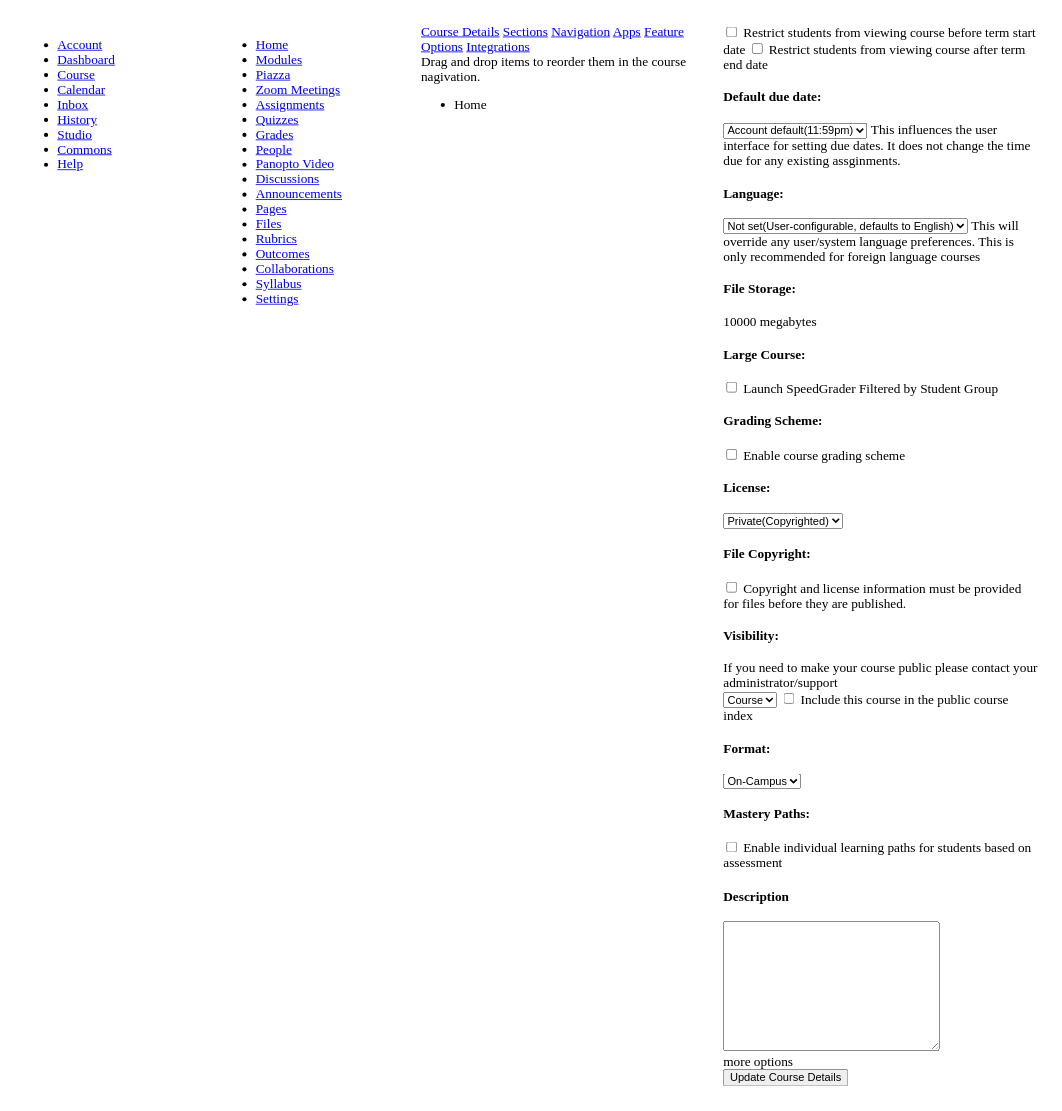
Repository: yuqiant/kanbas-react-web-app
Page: public/kanbas/navigationtab.html
An editor plug-in stored every save of this project. The page is shown before and after the next save, followed by the edit.
The browser window is 1280 px wide. The pictures show the whole page, at 83% of full size.

Above is the page before, as saved 2023-09-16 16:15:47.

### public/kanbas/navigationtab.html
<!DOCTYPE html>
<html lang="en">

<head>
    <meta charset="UTF-8">
    <meta name="viewport" content="width=device-width, initial-scale=1.0">
    <title>Column Interaction</title>
    <style>
        table {
            width: 100%;
            border-collapse: collapse;
        }

        td {
            width: 50%;
            border: 1px solid transparent;
            padding: 20px;
            vertical-align: top;
        }
    </style>
</head>

<body>
    <table>
        <tr>
            <td id="firstColumn" style="width: 150px;">
                <ul>
                    <li><a href="#">Account</a></li>
                    <li><a href="#">Dashboard</a></li>
                    <li><a href="#" onclick="showSecondColumn()">Course</a></li>
                    <li><a href="#">Calendar</a></li>
                    <li><a href="#">Inbox</a></li>
                    <li><a href="#">History</a></li>
                    <li><a href="#">Studio</a></li>
                    <li><a href="#">Commons</a></li>
                    <li><a href="#">Help</a></li>
                </ul>
            </td>
            <td id="secondColumn" style="width: 150px;">
                <ul>
                    <li><a href="#">Home</a></li>
                    <li><a href="#">Modules</a></li>
                    <li><a href="#">Piazza</a></li>
                    <li><a href="#">Zoom Meetings</a></li>
                    <li><a href="#">Assignments</a></li>
                    <li><a href="#">Quizzes</a></li>
                    <li><a href="#">Grades</a></li>
                    <li><a href="#">People</a></li>
                    <li><a href="#">Panopto Video</a></li>
                    <li><a href="#">Discussions</a></li>
                    <li><a href="#">Announcements</a></li>
                    <li><a href="#">Pages</a></li>
                    <li><a href="#">Files</a></li>
                    <li><a href="#">Rubrics</a></li>
                    <li><a href="#">Outcomes</a></li>
                    <li><a href="#">Collaborations</a></li>
                    <li><a href="#">Syllabus</a></li>
                    <li><a href="#">Settings</a></li>
                </ul>
            </td>
            <td id="thirdColumn" style="width: 250px;">
                <a href="#">Course Details</a>
                <a href="#">Sections</a>
                <a href="#">Navigation</a>
                <a href="#">Apps</a>
                <a href="#">Feature Options</a>
                <a href="#">Integrations</a>

                <div>Drag and drop items to reorder them in the course nagivation.</div>
                <ul>
                    <li><a herf="#">Home</a></li>
                </ul>




            </td>
            <td id="fourthColumn" style="width: 250px;">
                <input type="checkbox" value="startdate" name="check-date" id="chkbox-startdate" />
                <label for="chkbox-startdate">Restrict students from viewing course before term start date</label>
                <input type="checkbox" value="enddate" name="check-date" id="chkbox-enddate" />
                <label for="chkbox-enddate">Restrict students from viewing course after term end date</label>

                <h4>Default due date:</h4>
                <select id="time" name="time">
                    <option value="Time">Account default(11:59pm)</option>
                </select>
                This influences the user interface for setting due dates. It does not change the time due for any
                existing assginments.

                <h4>Language:</h4>
                <select id="language" name="language">
                    <option value="Language">Not set(User-configurable, defaults to English)</option>
                </select>
                This will override any user/system language preferences. This is only recommended for foreign language
                courses

                <h4>File Storage:</h4>
                <div>10000 megabytes</div>

                <h4>Large Course:</h4>
                <input type="checkbox" value="largecourse" name="check-largecourse" id="chkbox-largecourse" />
                <label for="chkbox-largecourse">Launch SpeedGrader Filtered by Student Group</label>

                <h4>Grading Scheme:</h4>
                <input type="checkbox" value="gradingscheme" name="check-gradingscheme" id="chkbox-gradingscheme" />
                <label for="chkbox-gradingscheme">Enable course grading scheme</label>

                <h4>License:</h4>
                <select id="license" name="license">
                    <option value="license">Private(Copyrighted)</option>
                </select>

                <h4>File Copyright:</h4>
                <input type="checkbox" value="filecopyright" name="check-filecopyright" id="chkbox-filecopyright" />
                <label for="chkbox-filecopyright">Copyright and license information must be provided for files before
                    they are published.</label>

                <h4>Visibility:</h4>
                <div>If you need to make your course public please contact your administrator/support</div>
                <select id="visibilty" name="visibilty">
                    <option value="visibilty">Course</option>
                </select>
                <input type="checkbox" value="publiccourse" name="check-publiccourse" id="chkbox-publiccourse" />
                <label for="chkbox-publiccourse">Include this course in the public course index</label>

                <h4>Format:</h4>
                <select id="format" name="format">
                    <option value="format">On-Campus</option>
                </select>

                <h4>Mastery Paths:</h4>
                <input type="checkbox" value="masterypaths" name="check-masterypaths" id="chkbox-masterypaths" />
                <label for="chkbox-masterypaths">Enable individual learning paths for students based on
                    assessment</label>

                <h4>Description</h4>
                <form id="textarea">

                    <textarea cols="30" rows="10"></textarea>
                </form>

                <div><a herf="#">more options</a></div>

                <button type="button">Update Course Details</button>



            </td>
        </tr>
    </table>

</body>

</html>

After the next save:
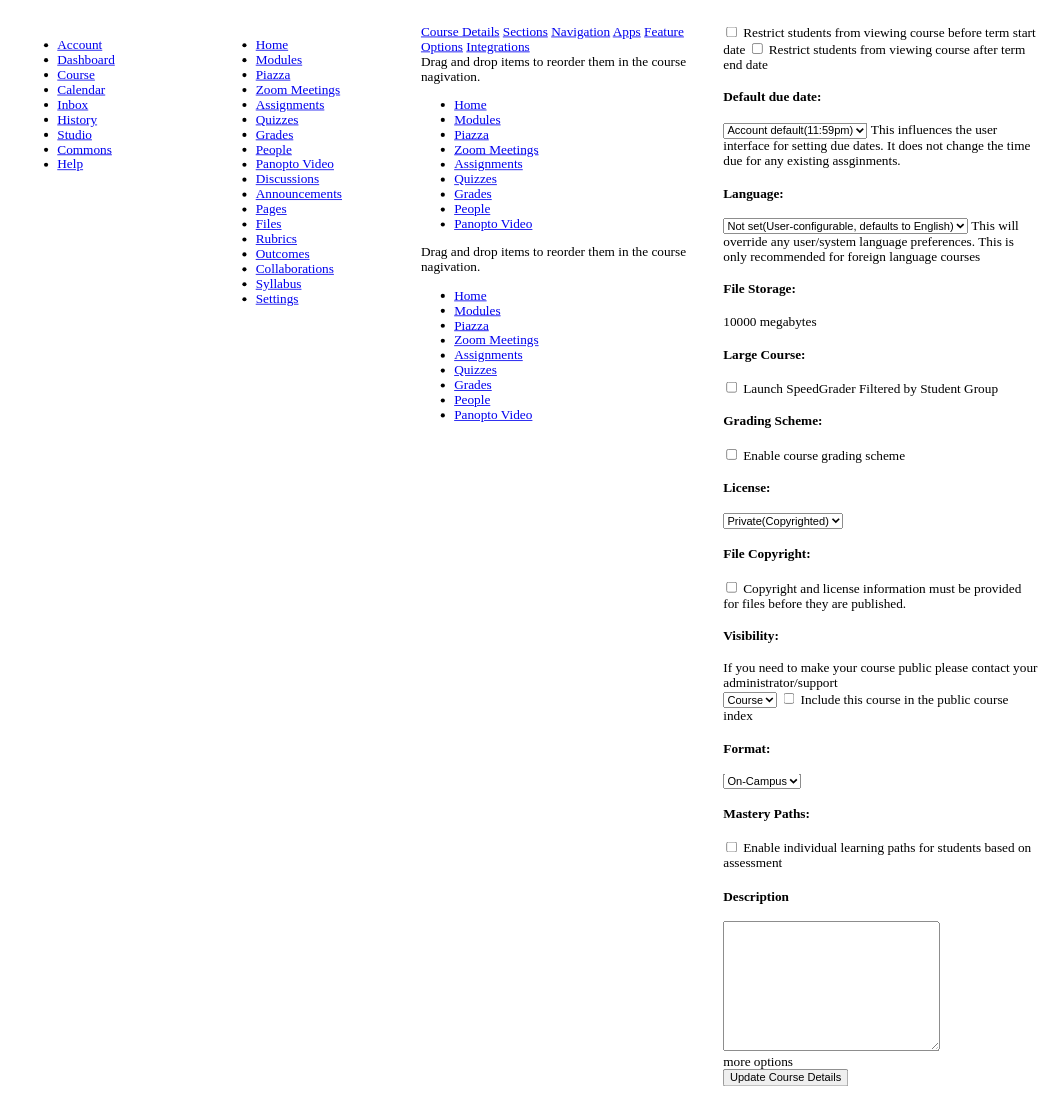
Saved 86 s later.
--- a/public/kanbas/navigationtab.html
+++ b/public/kanbas/navigationtab.html
@@ -68,7 +68,28 @@
 
                 <div>Drag and drop items to reorder them in the course nagivation.</div>
                 <ul>
-                    <li><a herf="#">Home</a></li>
+                    <li><a href="#">Home</a></li>
+                    <li><a href="#">Modules</a></li>
+                    <li><a href="#">Piazza</a></li>
+                    <li><a href="#">Zoom Meetings</a></li>
+                    <li><a href="#">Assignments</a></li>
+                    <li><a href="#">Quizzes</a></li>
+                    <li><a href="#">Grades</a></li>
+                    <li><a href="#">People</a></li>
+                    <li><a href="#">Panopto Video</a></li>
+                </ul>
+
+                <div>Drag and drop items to reorder them in the course nagivation.</div>
+                <ul>
+                    <li><a href="#">Home</a></li>
+                    <li><a href="#">Modules</a></li>
+                    <li><a href="#">Piazza</a></li>
+                    <li><a href="#">Zoom Meetings</a></li>
+                    <li><a href="#">Assignments</a></li>
+                    <li><a href="#">Quizzes</a></li>
+                    <li><a href="#">Grades</a></li>
+                    <li><a href="#">People</a></li>
+                    <li><a href="#">Panopto Video</a></li>
                 </ul>
 
 
